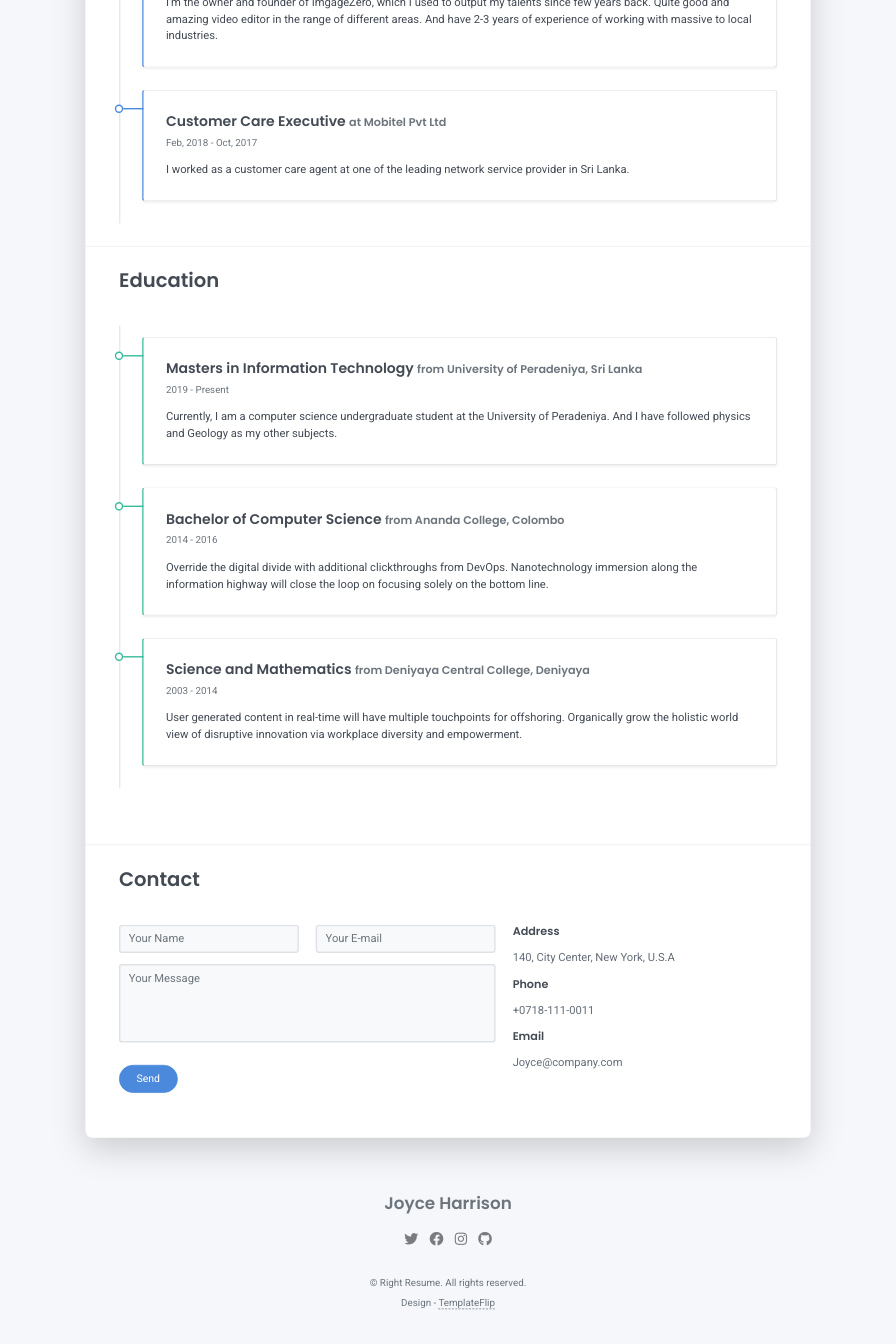
Repository: virangaj/resume
Page: index.html
An editor plug-in stored every save of this project. The page is shown before and after the next save, followed by the edit.
The browser window is 1280 px wide. The pictures show the part of the page from y = 1636 to 3556 px (the page is 3556 px tall before and 3532 px after), at 70% of full size.

Above is the page before, as saved 2021-08-31 19:42:46.

After the next save:
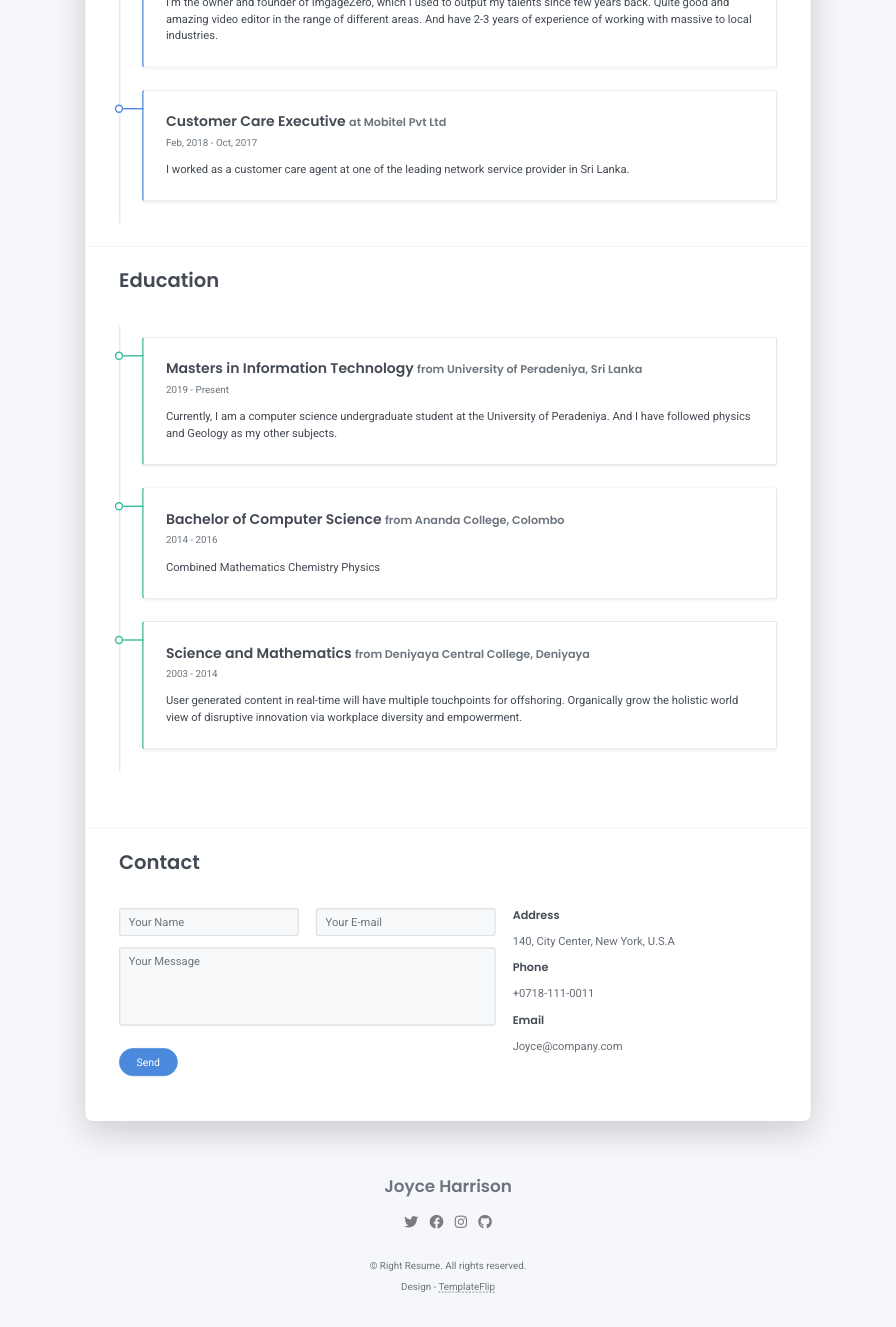
Saved 61 s later.
--- a/index.html
+++ b/index.html
@@ -454,12 +454,7 @@
 										>
 									</div>
 									<div class="text-muted text-small mb-2">2014 - 2016</div>
-									<div>
-										Override the digital divide with additional clickthroughs
-										from DevOps. Nanotechnology immersion along the information
-										highway will close the loop on focusing solely on the bottom
-										line.
-									</div>
+									<div>Combined Mathematics Chemistry Physics</div>
 								</div>
 							</div>
 							<div class="timeline-card timeline-card-success card shadow-sm">
